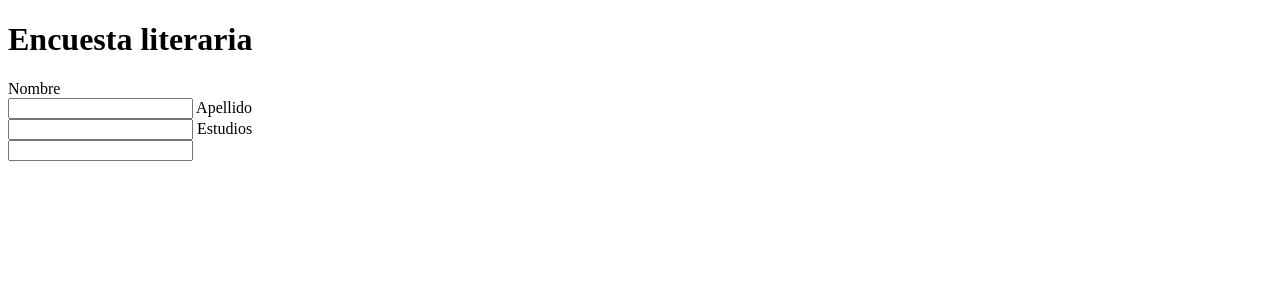
Repository: Scastellc/javaee
Page: Encuentra/WebContent/index.html
The author's editor kept a copy of each file at every save. The page is drawn from the files as they stood at one save, then again after the next save.
The browser window is 1280 px wide. The pictures show the whole page.

Above is the page before, as saved 2017-02-16 17:46:59.

After the next save:
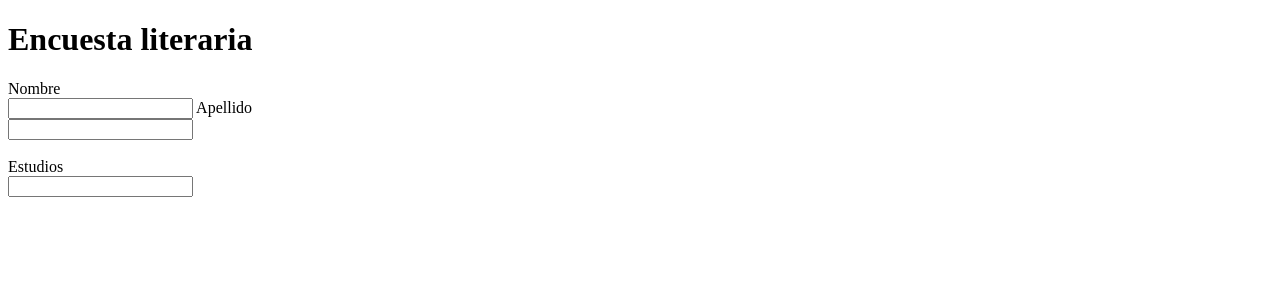
Saved 16 s later.
--- a/Encuentra/WebContent/index.html
+++ b/Encuentra/WebContent/index.html
@@ -10,9 +10,9 @@
 	Nombre<br>
 	<input type = "text" name ="nombre">
 	Apellido<br>
-	<input type = "text" name ="apellido">
+	<input type = "text" name ="apellido"><br><br>
 	Estudios<br>
-	<input type = "text" name ="nombre">
+	<input type = "text" name ="nombre"><br><br>
 </form>
 </body>
 </html>
